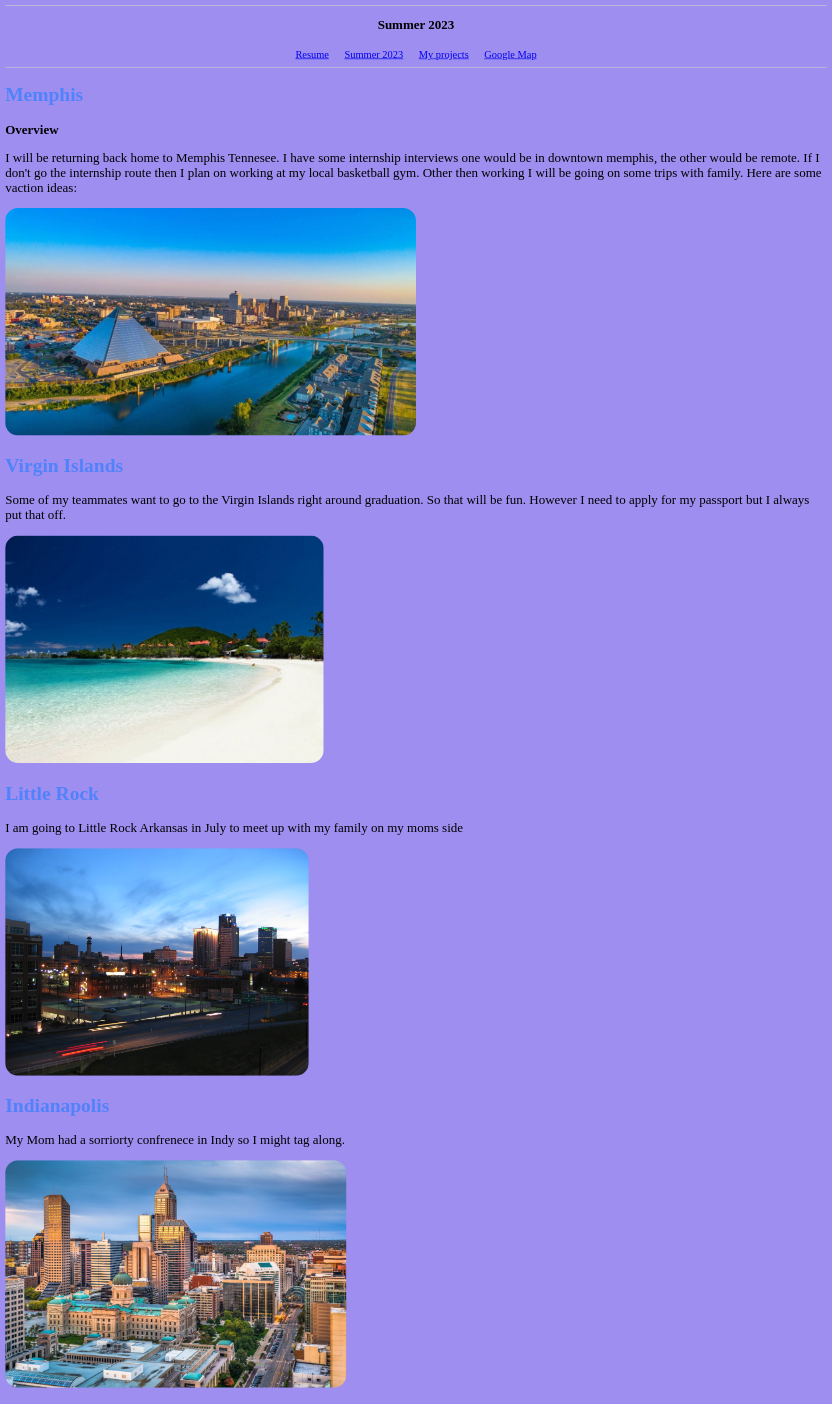
Repository: kayacancode/itm361project1
Page: summer2023.html
These files come from the project's save history. The page is drawn as it stood at one moment and after the next save; the edit follows.
The browser window is 1280 px wide. The pictures show the whole page, at 65% of full size.
Some web fonts or font styles are not loaded; a fallback is used.

Above is the page before, as saved 2023-04-18 22:23:23.

After the next save:
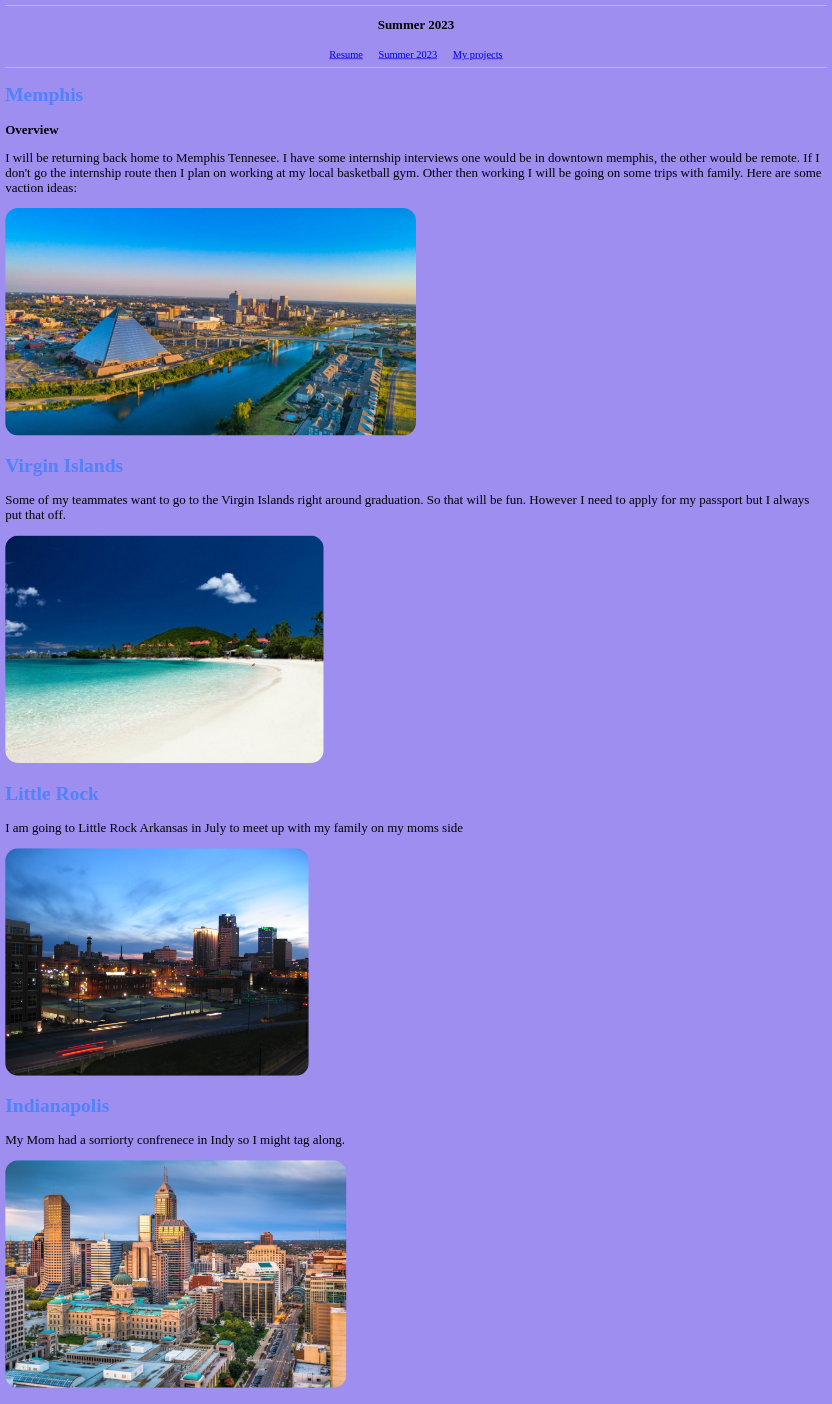
Saved 6 min 53 s later.
--- a/summer2023.html
+++ b/summer2023.html
@@ -16,8 +16,6 @@
         <li><a href="index.html">Resume</a></li>
         <li><a href="summer2023.html">Summer 2023</a></li>
         <li><a href="projects.html">My projects</a></li>
-        <li><a href="map.html">Google Map</a></li>
-
       </ul>
     </nav>
   </header>
